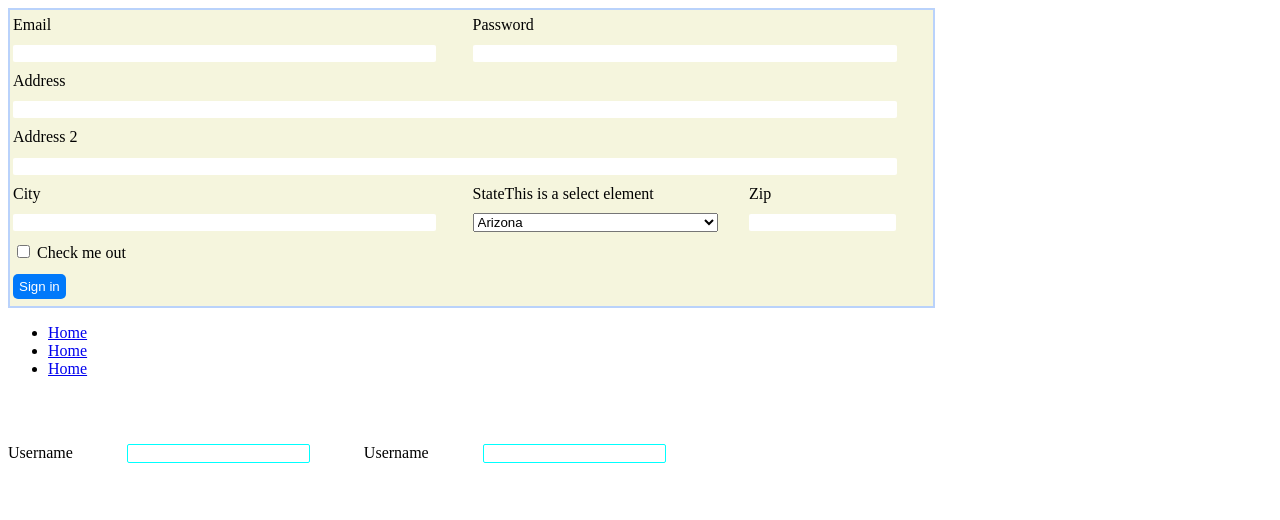
Repository: LongNguyen2504/T3H-FrondEnd
Page: Lesson2_CSS_HomeWork1.html
An editor plug-in stored every save of this project. The page is shown before and after the next save, followed by the edit.
The browser window is 1280 px wide. The pictures show the whole page.

Above is the page before, as saved 2021-11-29 21:30:30.

### Lesson2_CSS_HomeWork1.html
<!DOCTYPE html>
<html lang="en">
<head>
    <meta charset="UTF-8">
    <meta http-equiv="X-UA-Compatible" content="IE=edge">
    <meta name="viewport" content="width=device-width, initial-scale=1.0">
    <title>Document</title>
    <link rel="stylesheet" href="Lesson2_CSS_HomeWork1.css">
</head>
<body>
    <form>
       <div>
        <table>
            <tr>
                <td colspan="1" ><label for="email">Email</label> </td>
                <td colspan="2" ><label for="password">Password</label></td>
            </tr>
            <tr>
                <td colspan="1" class="td-email"><input type="text" name="email" id="input-email"></td>
                <td colspan="2" class="td-password"><input type="password" name="password" id="input-password"></td>
            </tr>
            <tr>
                <td colspan="3">
                    <label for="address1">Address</label>
                </td>
            </tr>
            <tr>
                <td colspan="3">
                    <input type="text" name="address1" id="address1" class="address1">
                </td>
            </tr>
            <tr>
                <td colspan="3">
                    <label for="address2">Address 2</label>
                </td>
            </tr>
            <tr>
                <td colspan="3">
                    <input type="text" name="address2" id="address2" class="address2">
                </td>
            </tr>
            <tr>
                <td>
                    <label for="city">City</label>
                </td>
                <td>
                    <label id="label-state" for="state">State</label>
                </td>
                <td>
                    <label for="zipcode">Zip</label>
                </td>
            </tr>
            <tr>
                <td class="td-city">
                    <input type="text" name="city" id="input-city">
                </td>
                <td class="td-state">
                    <select name="state" id="input-state">
                        <option value="Arizona" selected>Arizona</option>
                        <option value="California">California</option>
                    </select>
                </td>
                <td class="td-zip">
                    <input type="number" name="zip" id="input-zip" maxlength="6">
                </td>
            </tr>
            <tr>
                <td>
                    <input type="checkbox" name="check" id="check">
                    <label id="label-check" for="check">Check me out</label>
                </td>
            </tr>
            <tr>
                <td>
                    <input type="submit" value="Sign in" id="submit-button">
                </td>
            </tr>
        </table>
       </div>
    </form>
    <ul>
        <li><a href="#Home">Home</a></li>
        <li><a href="#Home">Home</a></li>
        <li><a href="#Home">Home</a></li>

    </ul>
    <div style="display: inline-block;">
        <label for="user">Username</label>
        <input type="text" id="user" style="margin: 50px; border: 1px solid aqua;">
    </div>
    <div style="display: inline-block;">
        <label for="pass">Username</label>
        <input type="text" id="pass" style="margin: 50px; border: 1px solid aqua;">
    </div>
</body>
</html>

### Lesson2_CSS_HomeWork1.css
input{
    border-radius: 2px;
    border:none;
}
#submit{
    background-color: #a7d2fc;
}
table{
    /* width: 450px;
    height: 300px;  */
    /* width: 75%; */
    background-color: #f5f5dd;
    border: 2px solid #b9d2fb;
    height: 300px;
}
div{
    /* padding: 30px;
    background-color: wheat;
    width: 50%; */
}
/* form{
    width: 100%;
    height: 350px;
} */
.address1,.address2{
    width: 96%;
}
.td-city{
    width: 50%;
}
.td-state{
    width: 30%;
}
.td-zip{
    width: 20%;
}
.td-city #input-city{
    width: 92%;
}
.td-state #input-state{
    width: 90%;
}
.td-zip #input-zip{
    width: 79%;
}
.td-email #input-email{
    width: 92%;
}
.td-password #input-password{
    width: 92%;
}
#submit-button{
    color: white;
    border-radius: 5px;
    height: 25px;
    background-color: #0079fa;
}
/* input[type="text"]{
    background-color: rgb(204, 178, 28);
} */
#label-state::after{
    content: "This is a select element";
}
/* div p{
    display: block;
    background-color: #a7d2fc;
} */
div > p{
    background-color: red;
}
a:hover{
    background-color: gray;
    color: black;

}
a::after
li{
    display: inline-block;
}
#address1:focus{
    background-color: gray;
}

After the next save:
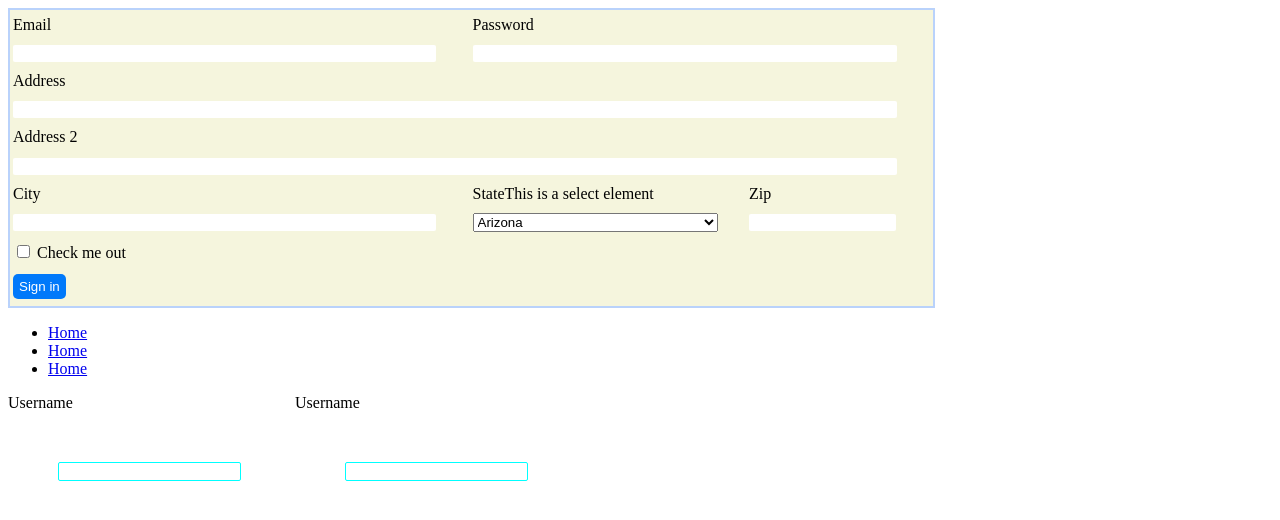
Saved 85 s later.
--- a/Lesson2_CSS_HomeWork1.html
+++ b/Lesson2_CSS_HomeWork1.html
@@ -85,11 +85,11 @@
 
     </ul>
     <div style="display: inline-block;">
-        <label for="user">Username</label>
+        <label for="user">Username</label><br>
         <input type="text" id="user" style="margin: 50px; border: 1px solid aqua;">
     </div>
     <div style="display: inline-block;">
-        <label for="pass">Username</label>
+        <label for="pass">Username</label><br>
         <input type="text" id="pass" style="margin: 50px; border: 1px solid aqua;">
     </div>
 </body>
